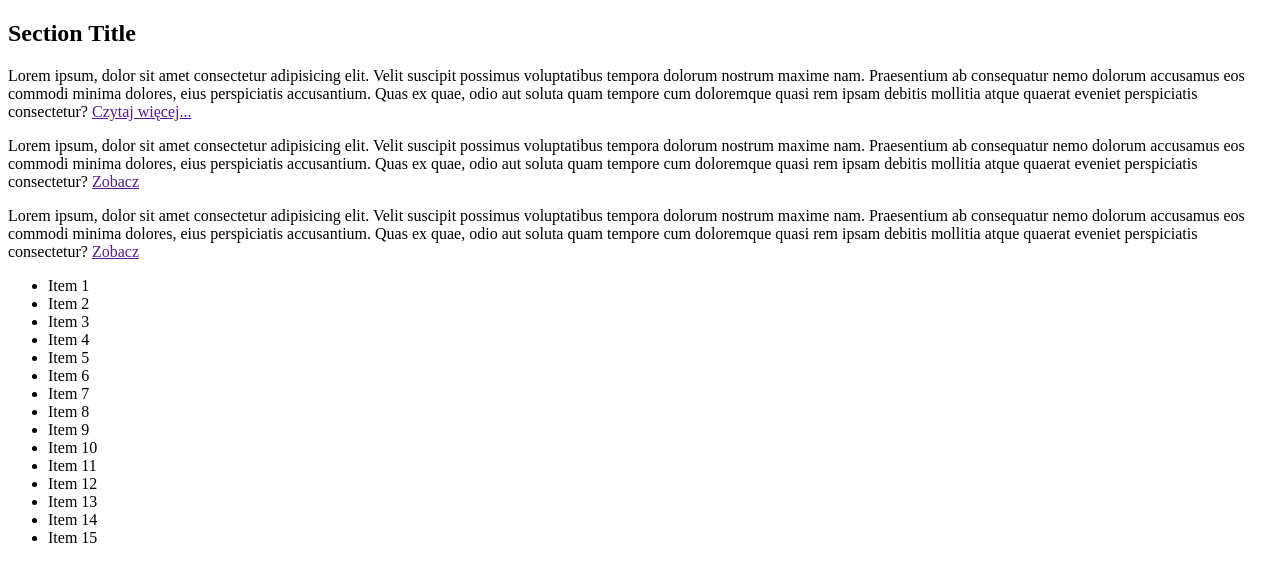
Repository: magdaf41/jQuery
Page: zadanie 3/index.html
The author's editor kept a copy of each file at every save. The page is drawn from the files as they stood at one save, then again after the next save.
The browser window is 1280 px wide. The pictures show the whole page.

Above is the page before, as saved 2020-09-08 21:46:15.
Console error: SyntaxError: Unexpected token ';'

After the next save:
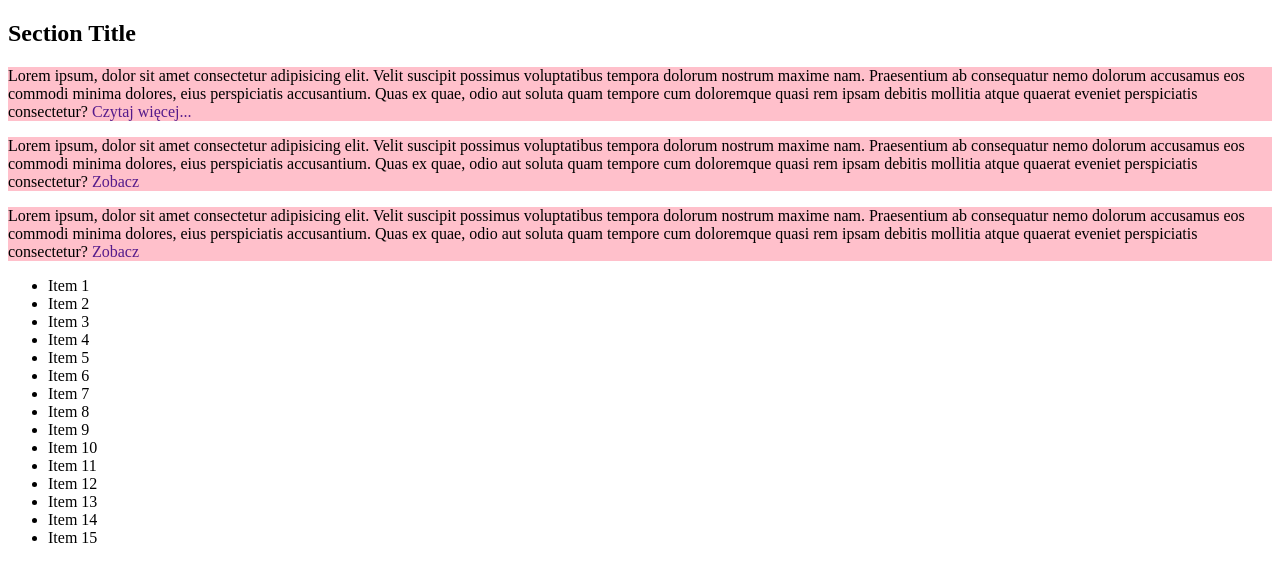
The error is gone.
Saved 13 s later.
--- a/zadanie 3/js/main.js
+++ b/zadanie 3/js/main.js
@@ -3,6 +3,6 @@ $(document).ready(function () {
    $('p').css('background-color', 'pink');
 
    $('a').css({
-       textDecoration : 'none';
+       textDecoration : 'none'
    })
 });
